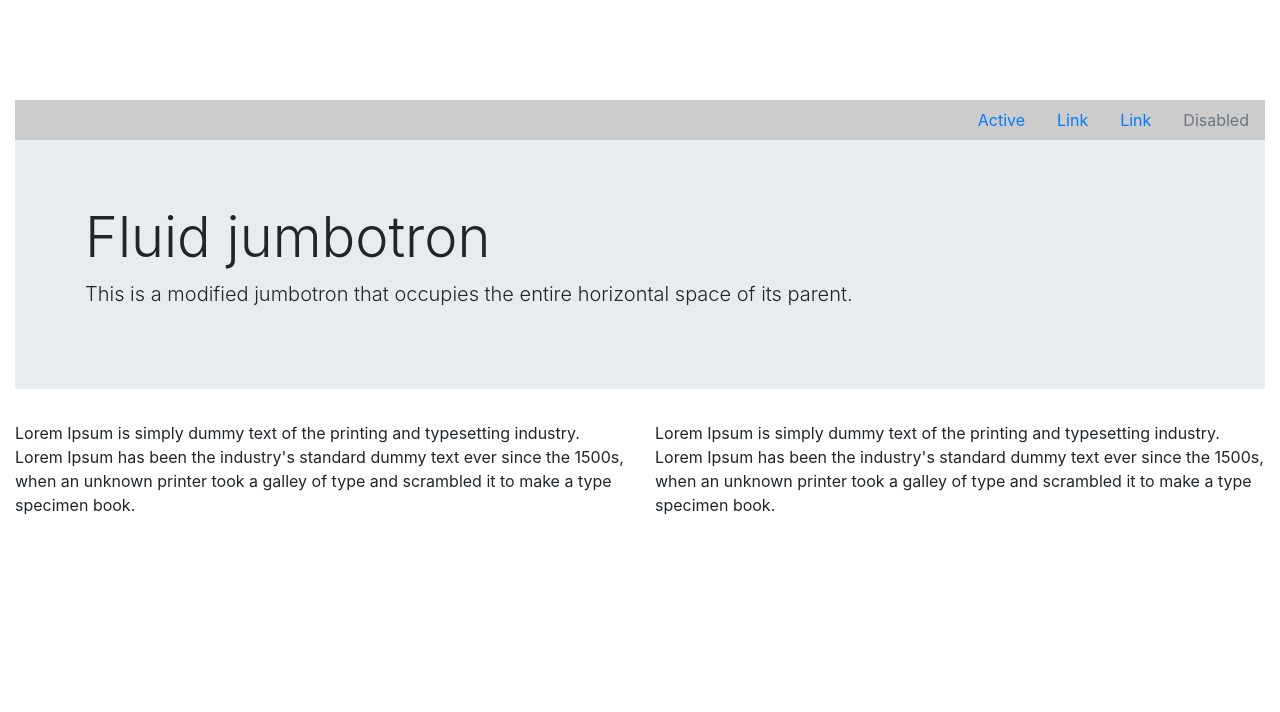
Repository: Green-Technologies-Angular/HTML
Page: index.html
These files come from the project's save history. The page is drawn as it stood at one moment and after a run of saves; the edit follows.
The browser window is 1280 px wide. The pictures show the whole page.

Above is the page before, as saved 2019-01-31 10:12:05.

### index.html
<!DOCTYPE html>
<html>

<head>
    <title>Title of the document</title>
    <link rel="stylesheet" href="css/bootstrap.css">
    <link rel="stylesheet" href="css/index.css">
    <style>
        .border {
            border: 1px solid #ccc;
        }
        .bg-nav{
            background: green;
        }
    </style>
    <script>
        localStorage.setItem("name", "tamilsdfsdfsdfsdfmani");
        console.log(localStorage.getItem('name'));
    </script>
</head>

<body>
    <div class="container-fluid">
        <ul class="nav justify-content-end bg-nav" style="background: #ccc;">
            <li class="nav-item">
                <a class="nav-link active" href="#">Active</a>
            </li>
            <li class="nav-item">
                <a class="nav-link" href="#">Link</a>
            </li>
            <li class="nav-item">
                <a class="nav-link" href="#">Link</a>
            </li>
            <li class="nav-item">
                <a class="nav-link disabled" href="#" tabindex="-1" aria-disabled="true">Disabled</a>
            </li>
        </ul>
        <div class="jumbotron jumbotron-fluid">
            <div class="container">
                <h1 class="display-4">Fluid jumbotron</h1>
                <p class="lead">This is a modified jumbotron that occupies the entire horizontal space of its parent.</p>
            </div>
        </div>
        <div class="row">
            <div class="col-xl-6 col-lg-6 col-md-6 col-sm-6">
                Lorem Ipsum is simply dummy text of the printing and typesetting industry. Lorem Ipsum has been the
                industry's standard dummy text ever since the 1500s, when an unknown printer took a galley of type and
                scrambled it to make a type specimen book.
            </div>
            <div class="col-xl-6 col-lg-6 col-md-6 col-sm-6">
                Lorem Ipsum is simply dummy text of the printing and typesetting industry. Lorem Ipsum has been the
                industry's standard dummy text ever since the 1500s, when an unknown printer took a galley of type and
                scrambled it to make a type specimen book.
            </div>
        </div>
    </div>
    <script src="script/jquery.js"></script>
    <script src="script/popper.js"></script>
    <script src="script/bootstrap.js"></script>
</body>

</html>

### css/index.css
.bg-nav{
    background: red;
}
@media (min-width: 1200px) {
    .bg-nav{
        background: red;
        margin-top:100px;
    }
 }

Loaded but not shown: css/bootstrap.css (library); script/jquery.js (library); script/popper.js (library); script/bootstrap.js (library)

After the next 2 saves:
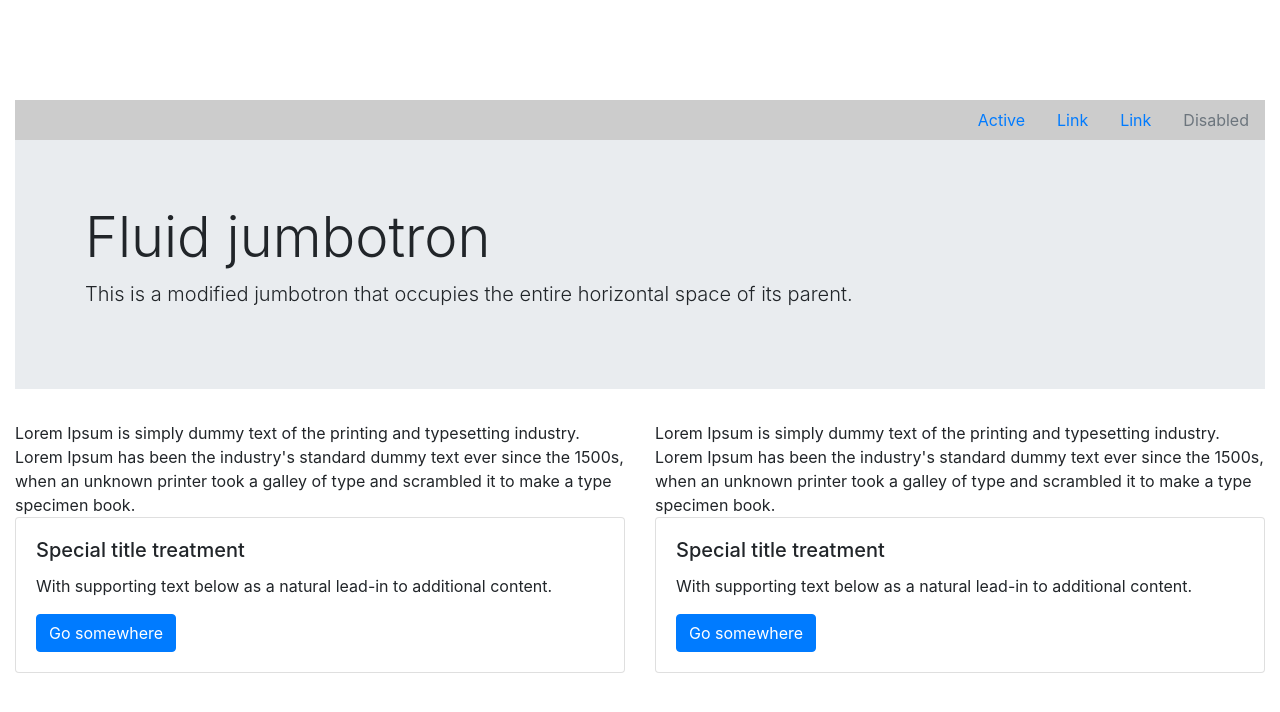
The 2 saves are shown as one change because they came seconds apart.
The last was saved 92 s later.
--- a/index.html
+++ b/index.html
@@ -9,7 +9,8 @@
         .border {
             border: 1px solid #ccc;
         }
-        .bg-nav{
+
+        .bg-nav {
             background: green;
         }
     </style>
@@ -53,6 +54,26 @@
                 scrambled it to make a type specimen book.
             </div>
         </div>
+        <div class="row">
+            <div class="col-sm-6">
+                <div class="card">
+                    <div class="card-body">
+                        <h5 class="card-title">Special title treatment</h5>
+                        <p class="card-text">With supporting text below as a natural lead-in to additional content.</p>
+                        <a href="#" class="btn btn-primary">Go somewhere</a>
+                    </div>
+                </div>
+            </div>
+            <div class="col-sm-6">
+                <div class="card">
+                    <div class="card-body">
+                        <h5 class="card-title">Special title treatment</h5>
+                        <p class="card-text">With supporting text below as a natural lead-in to additional content.</p>
+                        <a href="#" class="btn btn-primary">Go somewhere</a>
+                    </div>
+                </div>
+            </div>
+        </div>
     </div>
     <script src="script/jquery.js"></script>
     <script src="script/popper.js"></script>
